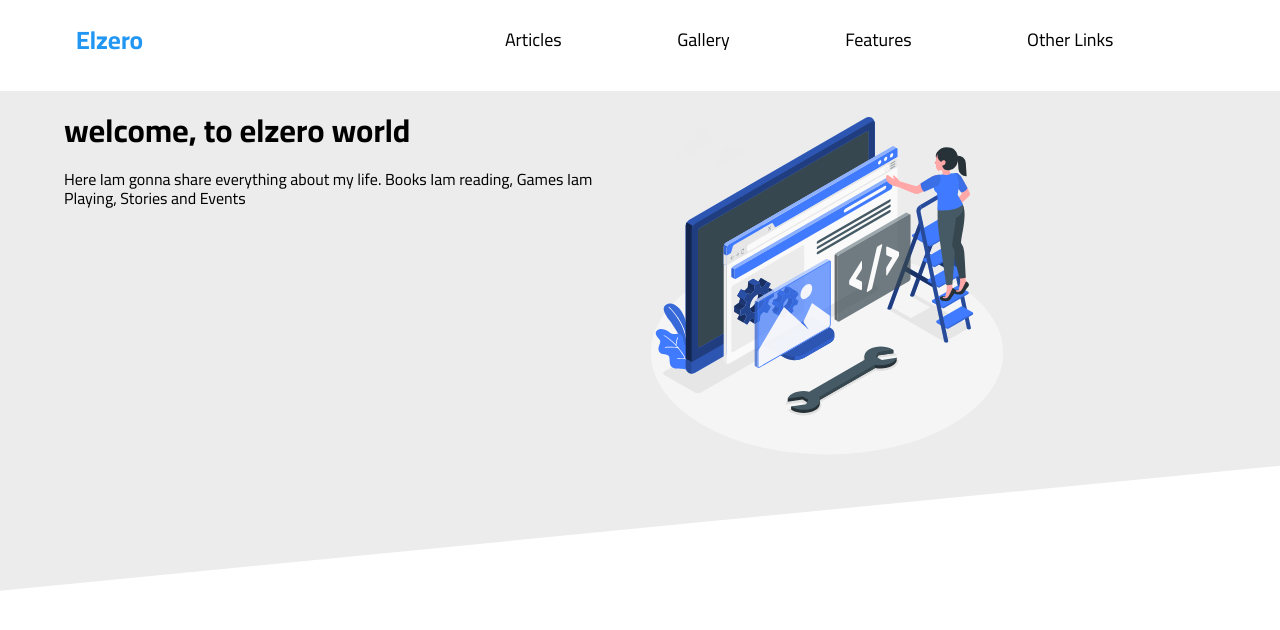
Repository: Toqa-25/elzeroAcdemey-Templete
Page: index.html
The author's editor kept a copy of each file at every save. The page is drawn from the files as they stood at one save, then again after the next save.
The browser window is 1280 px wide. The pictures show the whole page.

Above is the page before, as saved 2022-01-16 21:28:02.

### index.html
<!DOCTYPE html>
<html lang="en">
<head>
    <meta charset="UTF-8">
    <meta http-equiv="X-UA-Compatible" content="IE=edge">
    <meta name="viewport" content="width=device-width, initial-scale=1.0">
    <!-- normalize file -->
    <link rel="stylesheet" href="css/normalize.css">
    <!-- css files -->
    <link rel="stylesheet" href="css/style.css">
    <!-- fontAwosem file -->
    <link rel="stylesheet" href="css/all.min.css">
     <!-- font files -->
     <link rel="preconnect" href="https://fonts.googleapis.com">
    <link rel="preconnect" href="https://fonts.gstatic.com" crossorigin>
    <link href="https://fonts.googleapis.com/css2?family=Cairo:wght@200;400;700;800;900&display=swap" rel="stylesheet">
    <!-- page title -->
    <title>templete 3</title>
</head>
<body>
    <!-- header section -->
    <header id="" class="">
        <div class="container">
            <div class="header-content">
                <div class="header-content-logo">
                    <a href="index.html" class="logo link-none">Elzero</a>
                </div>
                <nav>
                    <ul class="nav-list unlist">
                        <li class="nav-list-item"> <a href="" class="link-none  link-style" id="articles">articles</a></li>
                        <li class="nav-list-item"> <a href="" class="link-none  link-style" id="gallery">gallery</a></li>
                        <li class="nav-list-item"> <a href="" class="link-none  link-style" id="features">features</a></li>
                        <li class="nav-list-item" id="parent-other-links"> <a href="javascript:;" class="link-none  link-style " >other links</a>
                            <div class="other-links " id="child-other-links">
           <div class="other-links-content">
            <div class="other-links-content-img">
                <img src="images/header/Video files-amico.svg" alt="">
            </div>

            <ul class="other-links-list unlist">
            <div class="other-links-list-group-one">
              <li id="" class="other-links-list-item"><a href="" class="link-none  link-style "><i class="far fa-comments"></i> testimonials</a></li>
              <li id="" class="other-links-list-item"><a href="" class="link-none  link-style "><i class="far fa-user"></i> team member</a></li>
              <li id="" class="other-links-list-item"><a href="" class="link-none  link-style"><i class="far fa-building"></i> services</a></li>
              <li id="" class="other-links-list-item"><a href="" class="link-none  link-style"><i class="far fa-check-circle"></i> our skils</a></li>
              <li id="" class="other-links-list-item"><a href="" class="link-none  link-style"><i class="far fa-clipboard"></i> how it work</a></li>
            </div>
            <div class="other-links-list-group-one">
                <li id="" class="other-links-list-item"><a href="" class="link-none  link-style"><i class="far fa-calendar-alt"></i> events</a></li>
                <li id="" class="other-links-list-item"><a href="" class="link-none  link-style"><i class="fas fa-server"></i> pricing planes</a></li>
                <li id="" class="other-links-list-item"><a href="" class="link-none  link-style"><i class="far fa-play-circle"></i> top video</a></li>
                <li id="" class="other-links-list-item"><a href="" class="link-none  link-style"><i class="fas fa-chart-bar"></i> states</a></li>
                <li id="" class="other-links-list-item"><a href="" class="link-none  link-style"><i class="fas fa-percent"></i> request a discount</a></li>
            </div>
        </ul>
       </div>
       </div>
                        </li>

                    </ul>
                </nav>
            </div>
        </div>
    </header>
    <!-- welcom section -->
    <section id="welcome" class="welcome">
        <div class="container">
            <div class="welcome-content">
                <div class="welcome-content-info">
                    <h1 class="welcome-content-info-head">welcome, to elzero world</h1>
                    <div class="welcoome-content-info-text">Here Iam gonna share everything about my life. Books Iam reading, Games Iam Playing, Stories and Events</div>
                </div>
                <div class="welcome-content-img">
                    <img src="images/welcome/Website setup-amico.svg" alt="" srcset="">
                </div>
            </div>
        </div>

    </section>


       <script src="script.js">

       </script>
</body>
</html>

### css/style.css
 /*
  - container
  -section head

 */
 /* global style */
 :root{
     /* --main-color:#45B2F8; */
     --main-color:#2196F3;
     --s-background:#ececec54;
     --f-background:#ececec;
     --p-color:#D6ECEC;
 }

 *{
     box-sizing: border-box;
     margin: 0;
     padding: 0;
 }
html , body{
    width: 100%;
    height: 100%;
    margin: 0;
    padding: 0;
    overflow: hidden;
}
 body{
     font-family: "Cairo", sans-serif;
 }
 .container{
      width: 90%;
      margin:0 auto;
      /* padding: 15px 0; */
 }
 .link-none{
     text-decoration: none;
 }
 .unlist{
     list-style: none;
 }
 .link-style{
    font-size: 18px;
    text-transform: capitalize;
 }

 /* header style */
 header{
   margin-bottom: 10px;
 }
.header-content{
    display: flex;
    justify-content: space-between;
    align-items: center;
    padding: 10px 12px ;
    margin-bottom: 10px;
}
.logo{
    font-weight: bolder;
    font-size:25px;
    color:var(--main-color)
}

nav{
    width: 70%;
}
.nav-list{
    display: flex;
    justify-content: space-evenly;
    align-items: center;
}
.nav-list-item {
    cursor: pointer;
    color:#000;
    padding: 20px  25px;
    position: relative;
    transition: background-color .2s ;
    -webkit-transition: background-color .2s ;
    -moz-transition: background-color .2s ;
    -ms-transition: background-color .2s ;
    -o-transition: background-color .2s ;
}
.nav-list-item::before{
    content: "";
    height: 3px;
    width: 0;
    background-color: var(--main-color);
    position: absolute;
    top: 0px;
    left: 0;
    transition: width .6s;
    -webkit-transition: width .6s;
    -moz-transition: width .6s;
    -ms-transition: width .6s;
    -o-transition: width .6s;
}
.nav-list-item a{
        color:#000;
}

.nav-list-item:hover  {
    background-color: var(--s-background);
}
.nav-list-item:hover  a {
    color:var(--main-color);
}
.nav-list-item:hover::before{
        width: 100%;
}
#parent-other-links{
    position: relative;
}
#parent-other-links:hover #child-other-links{
    transform:translateY(20px) ;
    -webkit-transform:translateY(20px) ;
    -moz-transform:translateY(20px) ;
    -ms-transform:translateY(20px) ;
    -o-transform:translateY(20px) ;
}
/* media query for header*/
@media (max-width:767px){
    .header-content{
        flex-direction:column ;
        padding:5px 12px;
}
.header-content-logo{
    margin-bottom: 5px;
}
nav{
    width: 80%;
}
.nav-list-item{
    padding:17px 10px;
}
.nav-list-item a{
    font-size: 15px;
}
}
                       /*************************************/
/* style for other links */
.other-links{
 /*margin-top: 10px;
 */margin: 10 auto;
 transform: translatey(1000%);
 -webkit-transform: translatey(1000%);
 -moz-transform: translatey(1000%);
 -ms-transform: translatey(1000%);
 -o-transform: translatey(1000%);
 transition: transform .5s;
 -webkit-transition: transform .5s;
 -moz-transition: transform .5s;
 -ms-transition: transform .5s;
 -o-transition: transform .5s;
}
.other-links-content{
    display: flex;
    border-bottom: 4px solid var(--main-color);
    border-top: 2px solid var(--s-background);
}
.other-links-content-img{
    margin:auto;
}
.other-links-content-img img{
    width: 100%;
}
.other-links-list{
    width:55%;
    display: flex;
    justify-content: space-between;
    padding: 10px;
    align-items: center;
}
.other-links-list-group-one{
    width:45%
}
.other-links-list-item{
    padding: 15px ;
    border-bottom: 1px solid rgba(0, 0, 0, 0.337);
    position: relative;
    cursor: pointer;

}
.other-links-list-item:last-child{
    border:none;
}
.other-links-list-item::before{
    content:"";
    position: absolute;
    top: 0;
    left: 0;
    height: 100%;
    width: 0%;
    background-color: var(--s-background);
    transition:width .5s;
    -webkit-transition:width .5s;
    -moz-transition:width .5s;
    -ms-transition:width .5s;
    -o-transition:width .5s;
}
.other-links-list-item:hover::before{
    width: 100%;
}
.other-links-list-item a{
    font-weight: bold;
    color:var(--main-color)
}
.other-links-list-item > a > i{
 margin-right: 10px;
}
.other{
    transform: translatey(20px);
    -webkit-transform: translatey(20px);
    -moz-transform: translatey(20px);
    -ms-transform: translatey(20px);
    -o-transform: translatey(20px);
}
#child-other-links{
    width:85vw;
    position: absolute;
    right: 5px;
    /* background-color: violet; */
}
@media(max-width:991px){
    #child-other-links{
     width:87vw;
    }
     .other-links-content-img{
        display: none;
    }
    .other-links-list{
        width: 100%;
    }
}
@media(max-width:767px){
    #child-other-links{
        width:100vw;
        margin-right: -166px;
    }
     .other-links-list{
        flex-direction: column;
    }
        .other-links-list-group-one{
    width:100%;
}
.other-links-list-item:last-child{
    border-bottom: 1px solid rgba(0, 0, 0, 0.337);
}
 .other-links-list-item a{
     font-size: 18px;
 }
}
/********************************************************************************************/
/* style for other welcome section */

.welcome{
    /* background-color: var(--s-background);
    clip-path: polygon(0 0, 100% 0, 100% 35%, 0 70%);
    margin-bottom: 500px; */
    /* background-color: var(--s-background);
    clip-path: polygon(0 0, 100% 0, 100% 35%, 0 70%);
    margin-bottom: 500px; */
   background-color: var(--f-background);
    clip-path: polygon(0 0, 100% 0, 100% 75%, 0 100%);
    height: 500px;
    margin-bottom: 500px;

}

.welcome-content{
    display: flex;
}
.welcome-content-info{
    width:50%
}
.welcome-content-img{
    width:50%
}
.welcome-content-img img{
    width:65%
}

### script.js
let otherParent = document.getElementById("parent-other-links");
let otherChild = document.getElementById("child-other-links");
otherParent.onclick = function () {
  otherChild.classList.toggle("other");
};

Loaded but not shown: css/normalize.css (library); css/all.min.css (library)

After the next save:
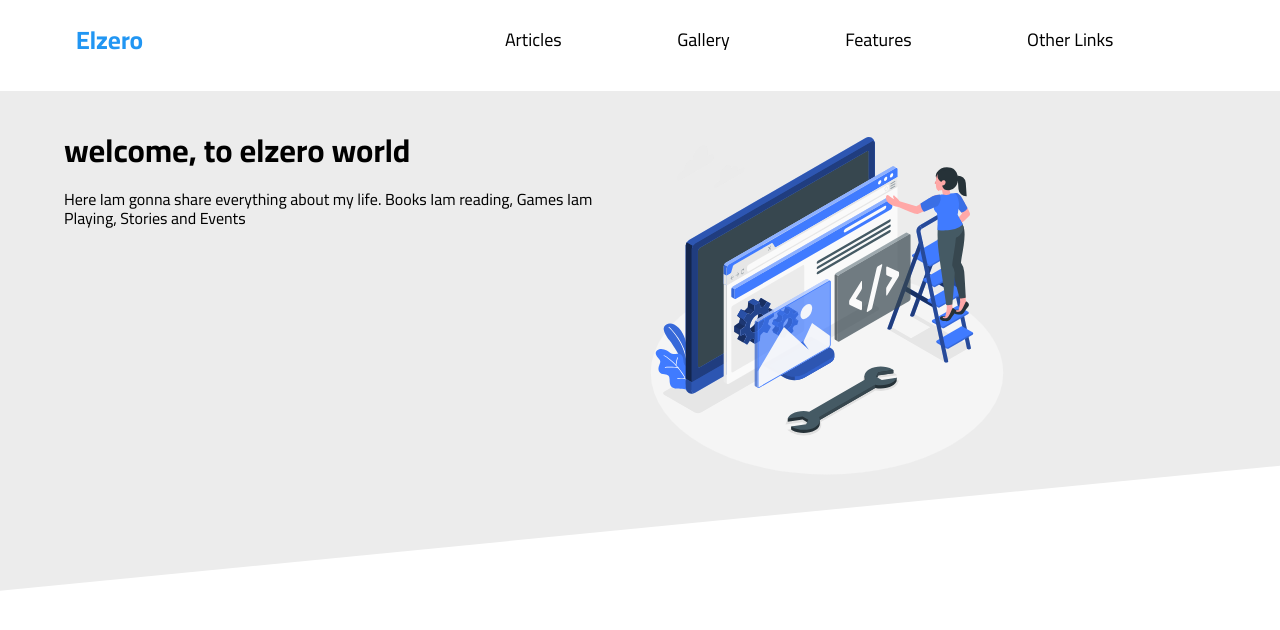
Saved 4 s later.
--- a/css/style.css
+++ b/css/style.css
@@ -261,6 +261,7 @@ nav{
    background-color: var(--f-background);
     clip-path: polygon(0 0, 100% 0, 100% 75%, 0 100%);
     height: 500px;
+        padding: 20px 0px;
     margin-bottom: 500px;
 
 }
